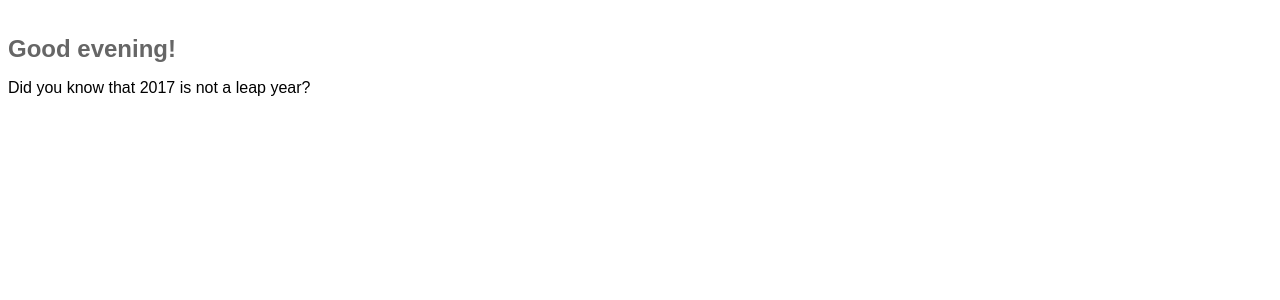
Repository: hhugohm/php_basic
Page: http://localhost/src/greeting.php
An editor plug-in stored every save of this project. The page is shown before and after the next save, followed by the edit.
The browser window is 1280 px wide. The pictures show the whole page.
The page is run by PHP 8.4 with error messages shown; the project is at /var/www/html/.

Above is the page before, as saved 2017-06-08 21:50:06.

After the next save:
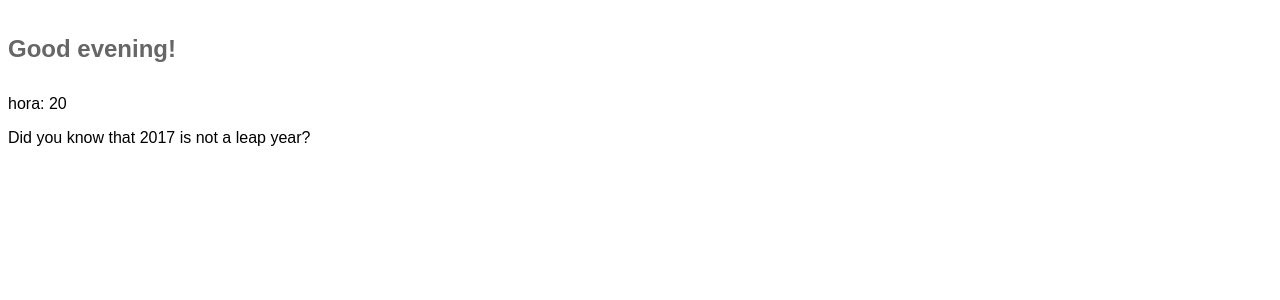
Saved 63 s later.
--- a/php_unidad4/src/greeting.php
+++ b/php_unidad4/src/greeting.php
@@ -25,6 +25,7 @@
 	if((($year % 4==0) && ($year % 100!=0)) || ($year % 400==0)){
 		$leapYear=true;
 	}
+	echo "<br/> hora: $hour <br/> ";
 	echo "<p>Did you know that $year is " . ($leapYear ? "": "not"). " a leap year?</p>";
 
 	?>
